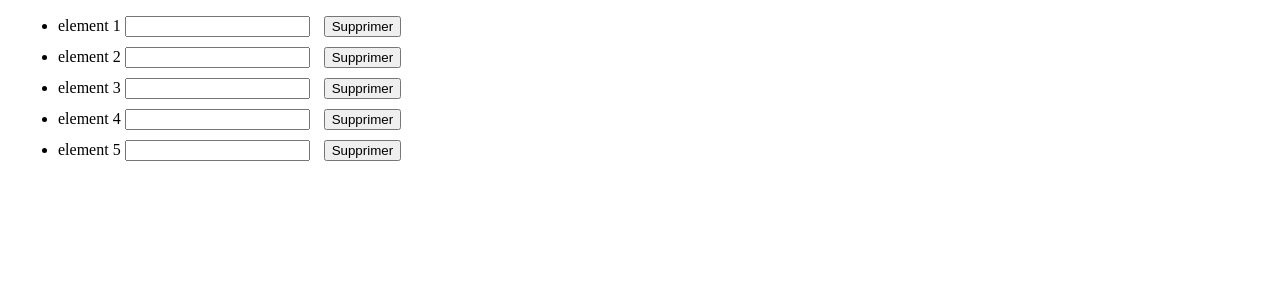
Repository: arione15/Livre_Serrion-Vue.js
Page: liste_ch3.html
These files come from the project's save history. The page is drawn as it stood at one moment and after the next save; the edit follows.
The browser window is 1280 px wide. The pictures show the whole page.

Above is the page before, as saved 2021-09-07 13:47:02.

After the next save:
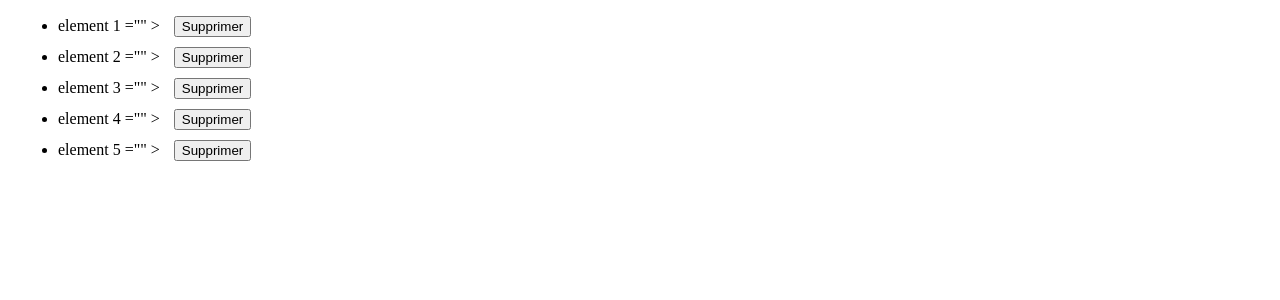
Saved 5 s later.
--- a/liste_ch3.html
+++ b/liste_ch3.html
@@ -24,7 +24,7 @@
                     <li v-for="(element, index) of elements" style="margin:10px;">
                         <span v-if="!element.modifyOn"
                             v-on:dblclick="modifier(element)"> {{ element.text }} </span>
-                        <input tv-else="" ></input>
+                        <input type=v-else="" ></input>
 
                         <button @click="supprimer(element)" style="margin-left:10px;">Supprimer</button>
                     </li>
